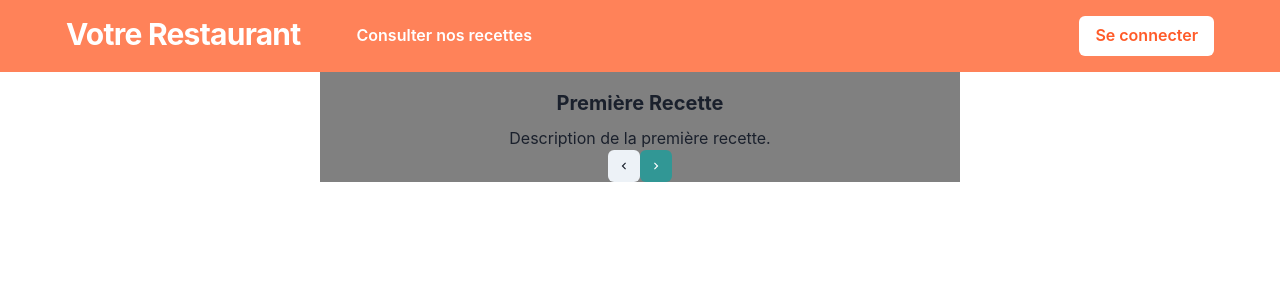
Repository: Ecaron76/tp-restau-next
Page: /
The author's editor kept a copy of each file at every save. The page is drawn from the files as they stood at one save, then again after the next save.
The browser window is 1280 px wide. The pictures show the whole page.
The project was rebuilt for these pictures with package versions that can differ from the ones it lists, and the page was loaded fresh each time. The framework's server and built-in components were replaced by stand-ins that run in the browser. Also part of the build but not shown: next.config.mjs.

Above is the page before, as saved 2024-02-25 18:49:15.

After the next save:
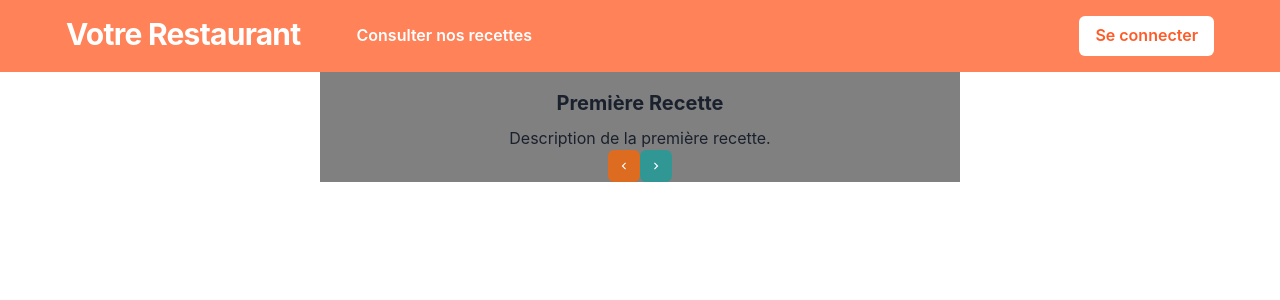
Saved 5 s later.
--- a/src/components/SliderResto/SliderResto.tsx
+++ b/src/components/SliderResto/SliderResto.tsx
@@ -29,7 +29,7 @@ export default function SliderResto() {
         <IconButton
           onClick={goToPrevSlide}
           icon={<ChevronLeftIcon />}
-
+          colorScheme="orange"
           size="sm"
           aria-label="Précédent"
         />
